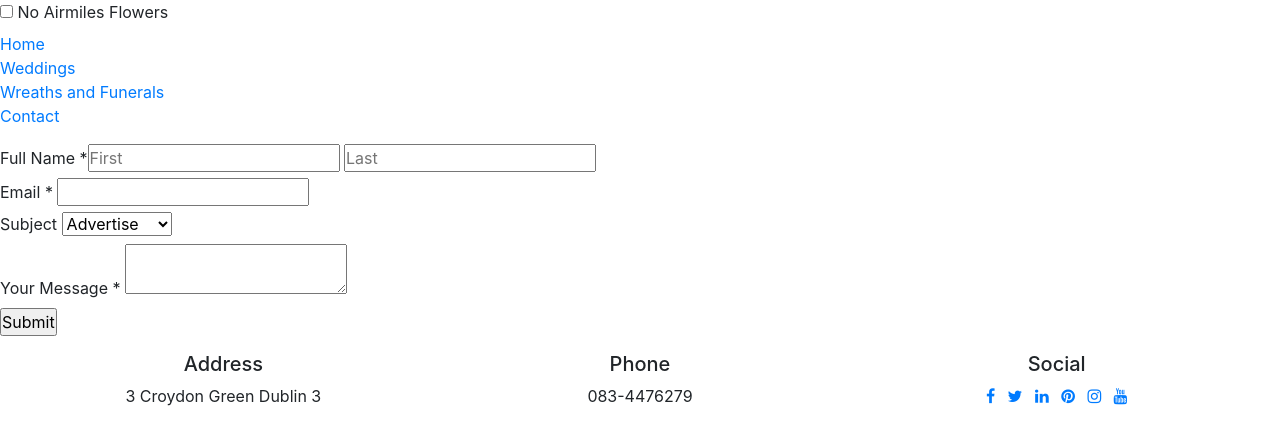
Repository: ConorTC1990/Flowers
Page: contactform.html
The author's editor kept a record of every edit. The page is drawn from the files as they stood at one moment, then again after the next edit.
The browser window is 1280 px wide. The pictures show the whole page.
Some web libraries are served in a nearby version.

Above is the page before.

After the next edit:
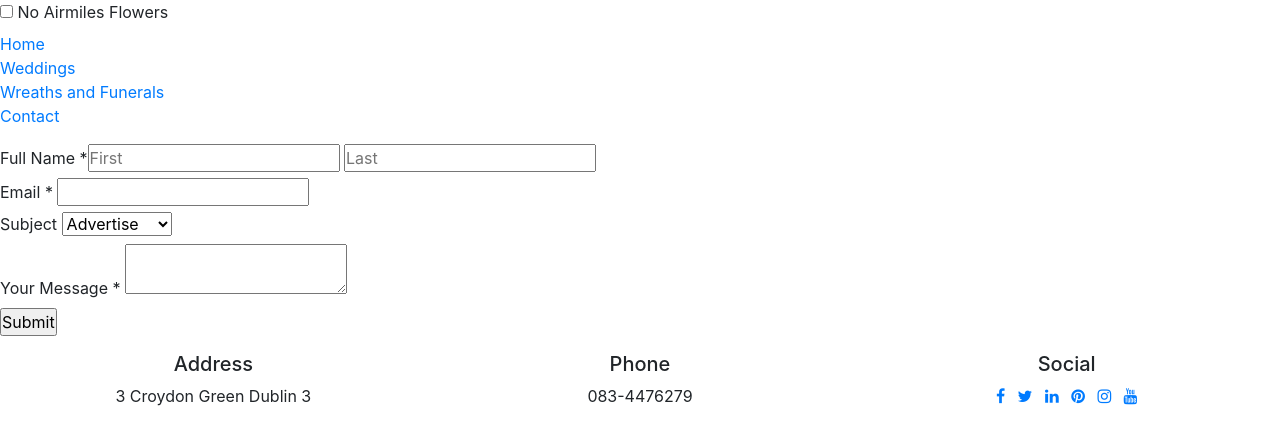
The edit:
--- a/contactform.html
+++ b/contactform.html
@@ -61,8 +61,8 @@
          </div>
         </div>
 
-    <div class="wreathfooter container-fluid">
-<footer class="container-fluid wreathfooter">
+
+<footer class="container-fluid contactfooter">
         <div id="footer-details" class="row">
             <div class="col-sm-4">
                 <h5 class="uppercase general-sub">Address</h5>
